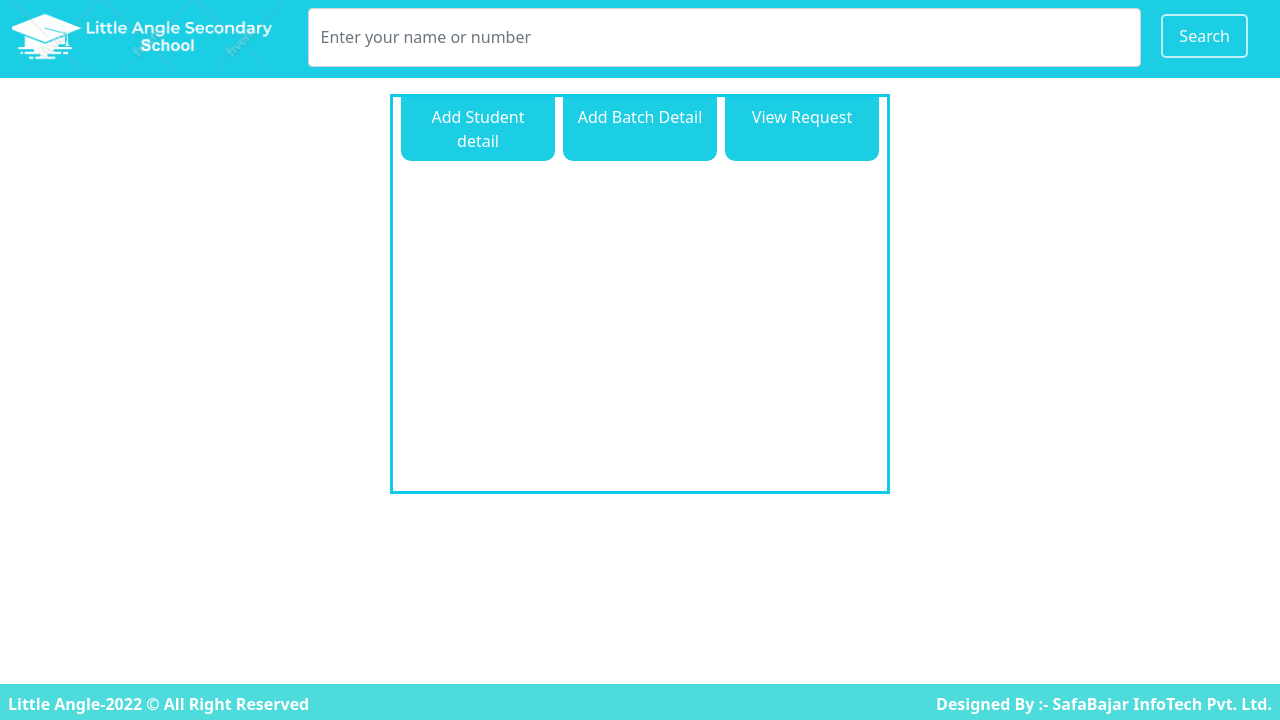
Repository: Sjuicyy/School-Project
Page: home2.html
These files come from the project's save history. The page is drawn as it stood at one moment and after the next save; the edit follows.
The browser window is 1280 px wide. The pictures show the whole page.

Above is the page before, as saved 2022-09-18 12:01:18.

### home2.html
<!doctype html>
<html lang="en">

<head>
    <!-- Required meta tags -->
    <meta charset="utf-8">
    <meta name="viewport" content="width=device-width, initial-scale=1">

    <!-- Bootstrap CSS -->
    <link href="https://cdn.jsdelivr.net/npm/bootstrap@5.0.2/dist/css/bootstrap.min.css" rel="stylesheet"
        integrity="sha384-EVSTQN3/azprG1Anm3QDgpJLIm9Nao0Yz1ztcQTwFspd3yD65VohhpuuCOmLASjC" crossorigin="anonymous">

    <link rel="stylesheet" href="https://cdnjs.cloudflare.com/ajax/libs/font-awesome/4.7.0/css/font-awesome.min.css">


    <style>
        .row0 div {
            width: auto;
            display: flex;
        }

        .img {
            height: 70px;
            width: 100%;
        }


        .btn1:hover {
            background-color: rgb(38, 178, 196);
        }


        .modalfloat {
            border: 3px solid rgb(14, 204, 233);
            margin: auto;
            width: 500px;
            min-height: 400px;
        }

        .addbtn:hover {
            background-color: rgba(20, 192, 219, 0.576);
        }



        .footer {
            background-color: rgb(77, 219, 219);
            width: 100%;
            position: absolute;
            bottom: 0;
            height: 5%;
            overflow: AUTO;
            color: rgb(255, 255, 255);
            margin-left: -12px;
        }

        .footer::-webkit-scrollbar {
            display: none;
        }


        .fb {

            width: 160px
        }

        .fa {
            font-size: xx-large;
            padding: 4px;
            margin: 2px;
            width: 40px;
            text-decoration: none;
        }

        .fa-facebook {
            background: #3B5998;
            color: white;
        }

        .fa-twitter {
            background: #55ACEE;
            color: white;
        }

        .fa-google {
            background: #dd4b39;
            color: white;
        }

        .fa-youtube {
            background: #bb0000;
            color: white;
        }

        .fa-instagram {
            background: #125688;
            color: white;
        }

        .bd {
            border: 1px solid rgb(14, 204, 233);
        }

        .color {
            background-color: rgb(28, 206, 228);
        }

        .btn1 {
            margin: 20px;
            margin-top: 14px;
            border: 2px solid rgba(255, 255, 255, 0.715);
            border-radius: 5px;
        }

        a {
            text-decoration: none;
            color: white;
        }

        a:hover {
            color: rgb(10, 15, 57);
        }

        .action_border {
            border-bottom-right-radius: 10px;
            border-bottom-left-radius: 10px;
        }

        [id^=modal] {
            display: none;
        }

        #modal1:target {
            display: block;
        }

        #modal2:target {
            display: block;
        }
    </style>
    <title>Little Angle School</title>
</head>

<body>
    <!-- heading start -->
    <div class="container-fluid text-center">
        <div class="row row0 color">
            <div class="col-3">
                <a href="pages.html">
                    <img class="img" src="/school.png" alt="">
                </a>
            </div>
            <div class="col">
                <input class="form-control mt-2 h-75 " type="search" placeholder="Enter your name or number "
                    aria-label="Search">
                <button class="btn1 color  text-light px-3 p-2" type="submit">Search</button>
                </form>
            </div>
        </div>

        <!-- heading end -->

        <!-- modal body start -->

        <!-- action start  -->

        <form class="modalfloat mt-3">
            <div class="row mx-1 ">
                <div class="col p-2 mx-1 text-light color action_border"><a href="#modal1">Add Student detail</a></div>
                <div class="col p-2 mx-1 text-light color action_border"><a href="#modal2">Add Batch Detail</a></div>
                <div class="col p-2 mx-1 text-light color action_border"><a href="">View Request</a></div>
            </div>




            <!-- action end  -->


            <!-- modal 1 start  -->


            <div id="modal1">
                <div class="m-3">
                    <div>
                        <p class="h2 p-1 text-light color">Add Student name</p>
                    </div>
                    <div>
                        <label for="name" class="form-label float-start">ID</label>
                        <input type="number" class="form-control" name="Id" id="id">
                    </div>
                    <div class="col-12">
                        <label for="name" class="form-label float-start">Full Name</label>
                        <input type="text" class="form-control" id="name">
                    </div>
                    <div class="col-md-12">
                        <label for="class" class="form-label float-start">Class</label>
                        <input type="number" class="form-control" id="class">
                    </div>
                    <div class="col-md-12">
                        <label for="email" class="form-label float-start">Email</label>
                        <input type="email" class="form-control" id="email">
                    </div>
                    <div class="col-12">
                        <label for="gname" class="form-label float-start">Guardian Name</label>
                        <input type="text" class="form-control" id="guardianname">
                    </div>
                    <div class="col-12">
                        <label for="address" class="form-label float-start">Address</label>
                        <input type="text" class="form-control" id="inputAddress" placeholder="Lagankhel-5, Lalitpur">
                    </div>
                    <div class="col-1 mt-4">
                        <input type="file" id="photo" name="photo" accept="image/*">
                    </div>
                    <div class="col-md-6 mt-3">
                        <label for="dob" class="form-label float-start">Date of Birth</label>
                        <input type="date" class="form-control" id="dob">
                    </div>

                    <div class="col-12">
                        <div class="form-check">
                            <button type="submit" class="btn btn-primary col-12 mt-3 color addbtn p-2">Add</button>
                        </div>
                    </div>
                </div>
            </div>




            <!-- modal 1 end  -->



            <!-- modal2 start -->


            <div id="modal2">
                <div class="m-3">

                    <div>
                        <p class="h2 p-1 text-light color">Add Batch Detail</p>

                    </div>
                    <div class="col-12 ">
                        <label for="name" class="form-label float-start">ID</label>
                        <input type="number" class="form-control" id="id" placeholder="">
                    </div>
                    <div class="col-md-12">
                        <label for="name" class="form-label float-start">Full Name</label>
                        <input type="text" class="form-control" id="name">
                    </div>
                    <div class="col-md-12">
                        <label for="email" class="form-label float-start">Email</label>
                        <input type="email" class="form-control" id="email">
                    </div>
                    <div class="col-12">
                        <label for="gname" class="form-label float-start">Passed Year</label>
                        <input type="text" class="form-control" id="guardianname">
                    </div>
                    <div class="col-12">
                        <div class="form-check">
                            <button type="submit" class="btn btn-primary col-12 mt-3 color addbtn p-2">Add</button>
                        </div>
                    </div>
                </div>
            </div>


            <!-- modal 2 end -->

        </form>






        <!-- footer start -->


        <div class="footer">
            <div class="row ">
                <div class="col mx-2 mt-2" style="text-align:left"> <b>Little Angle-2022 © All Right Reserved</b> </div>
                <div class="col mx-2 mt-2" style="text-align:right">
                    <p> <b>Designed By :- SafaBajar InfoTech Pvt. Ltd.</b> </p>
                </div>
            </div>
            <div class="row mx-2">
                <div class="col-2  fb" style="text-align:left;margin-top:25px">Contact Us</div>
                <div class="col-2  fb" style="text-align:left;margin-top:25px">Privacy Policies</div>
                <div class="col-2  fb" style="text-align:left;margin-top:25px">Terms of Services</div>
                <div class="col  fb" style="text-align:left"></div>
                <div class="col-6 fb" style="text-align:center;width:300px">
                    <p style="margin-top: -10px;"> <b>Connect With Us:</b> </p>
                    <a href="https:/.facebook.com/search/top?q=safabazar%20private%20limited" class="fa fa-facebook"
                        style="text-align:center;margin-top:-10px"></a>
                    <a href="#" class="fa fa-twitter"></a>
                    <a href="#" class="fa fa-google"></a>
                    <a href="#" class="fa fa-youtube"></a>
                    <a href="#" class="fa fa-instagram"></a>
                </div>
            </div>

        </div>

    </div>

    </div>












    <!-- Optional JavaScript; choose one of the two! -->

    <!-- Option 1: Bootstrap Bundle with Popper -->
    <script src="https://cdn.jsdelivr.net/npm/bootstrap@5.0.2/dist/js/bootstrap.bundle.min.js"
        integrity="sha384-MrcW6ZMFYlzcLA8Nl+NtUVF0sA7MsXsP1UyJoMp4YLEuNSfAP+JcXn/tWtIaxVXM"
        crossorigin="anonymous"></script>

    <!-- Option 2: Separate Popper and Bootstrap JS -->
    <!--
    <script src="https://cdn.jsdelivr.net/npm/@popperjs/core@2.9.2/dist/umd/popper.min.js" integrity="sha384-IQsoLXl5PILFhosVNubq5LC7Qb9DXgDA9i+tQ8Zj3iwWAwPtgFTxbJ8NT4GN1R8p" crossorigin="anonymous"></script>
    <script src="https://cdn.jsdelivr.net/npm/bootstrap@5.0.2/dist/js/bootstrap.min.js" integrity="sha384-cVKIPhGWiC2Al4u+LWgxfKTRIcfu0JTxR+EQDz/bgldoEyl4H0zUF0QKbrJ0EcQF" crossorigin="anonymous"></script>
    -->
</body>

</html>

After the next save:
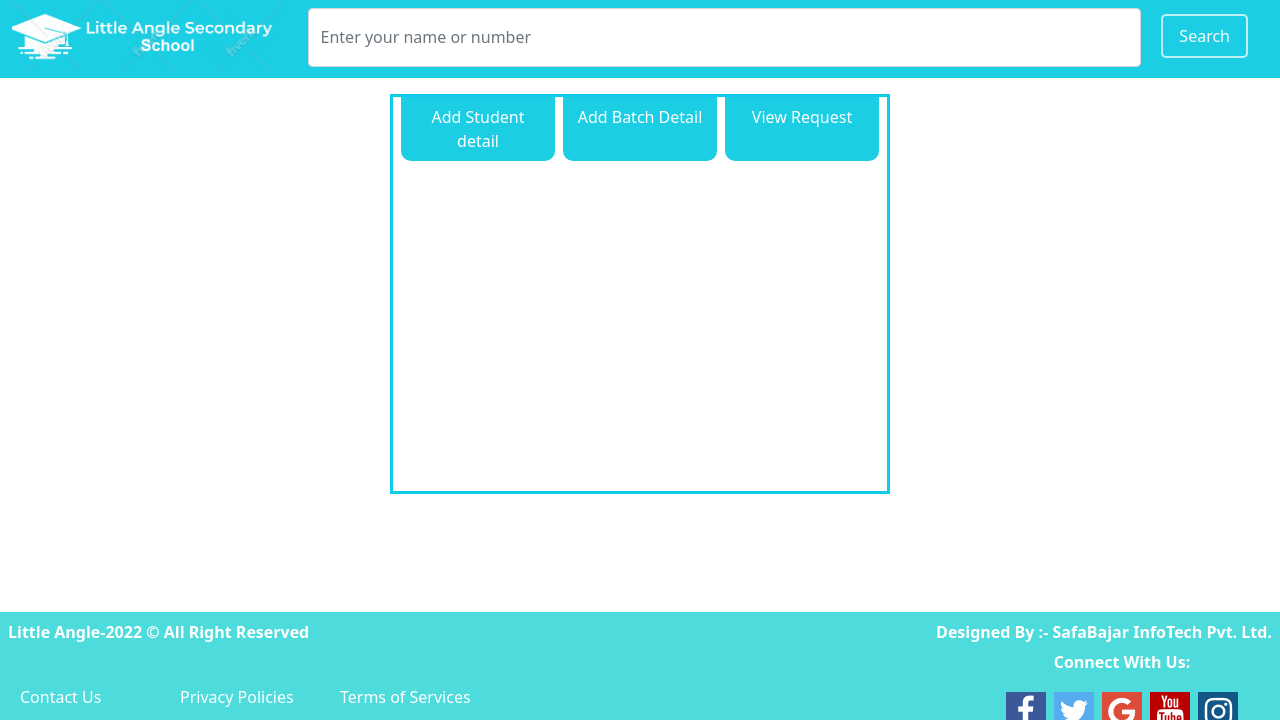
Saved 12 s later.
--- a/home2.html
+++ b/home2.html
@@ -48,7 +48,7 @@
             width: 100%;
             position: absolute;
             bottom: 0;
-            height: 5%;
+            height: 15%;
             overflow: AUTO;
             color: rgb(255, 255, 255);
             margin-left: -12px;
